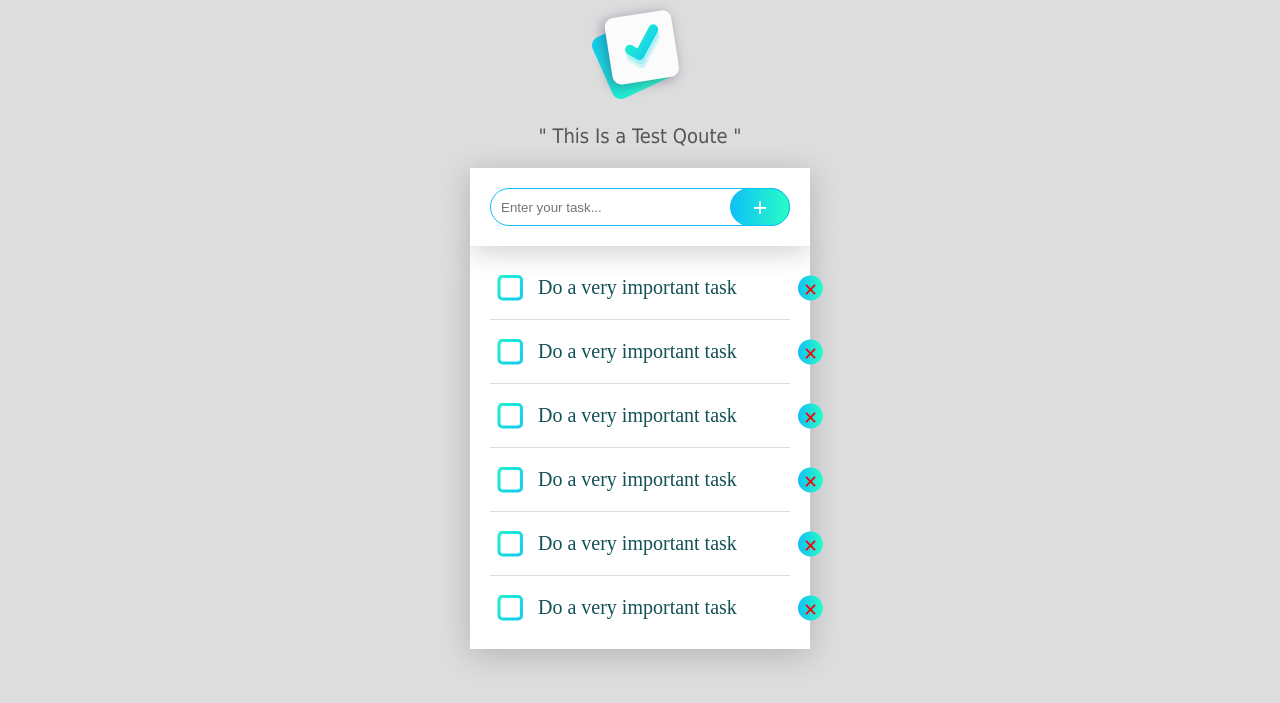
Repository: ahmedhamed15/React-Todo
Page: /
An editor plug-in stored every save of this project. The page is shown before and after the next save, followed by the edit.
The browser window is 1280 px wide. The pictures show the whole page.
The project was rebuilt for these pictures with package versions that can differ from the ones it lists, and the page was loaded fresh each time.

Above is the page before, as saved 2021-07-26 23:54:34.

After the next save:
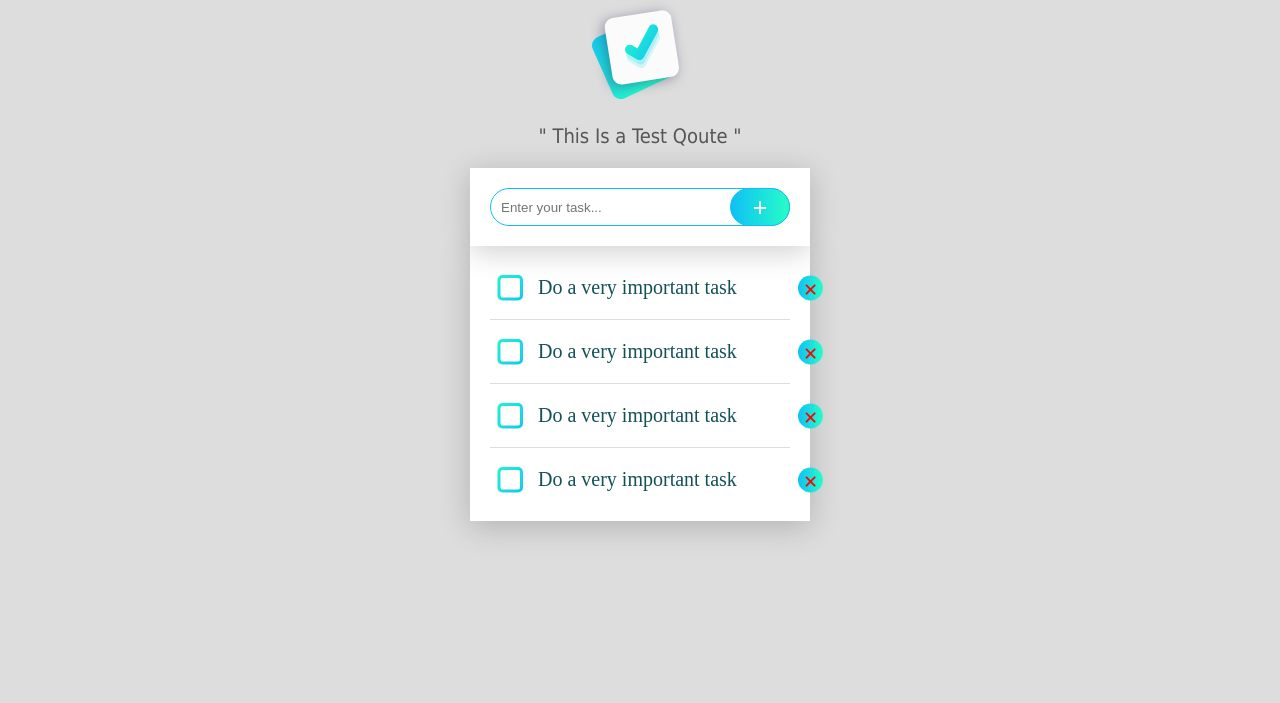
Saved 60 s later.
--- a/src/components/Todos/TodoList/index.js
+++ b/src/components/Todos/TodoList/index.js
@@ -44,12 +44,9 @@ const Index = () => {
 
             {/* Todos List */}
             <div className="todo-list">
-                <TodoItem />
-                <TodoItem />
-                <TodoItem />
-                <TodoItem />
-                <TodoItem />
-                <TodoItem />
+                {
+                    state.tasks.map( (item) => <TodoItem task={item} /> )
+                }
             </div>
 
         </section>
